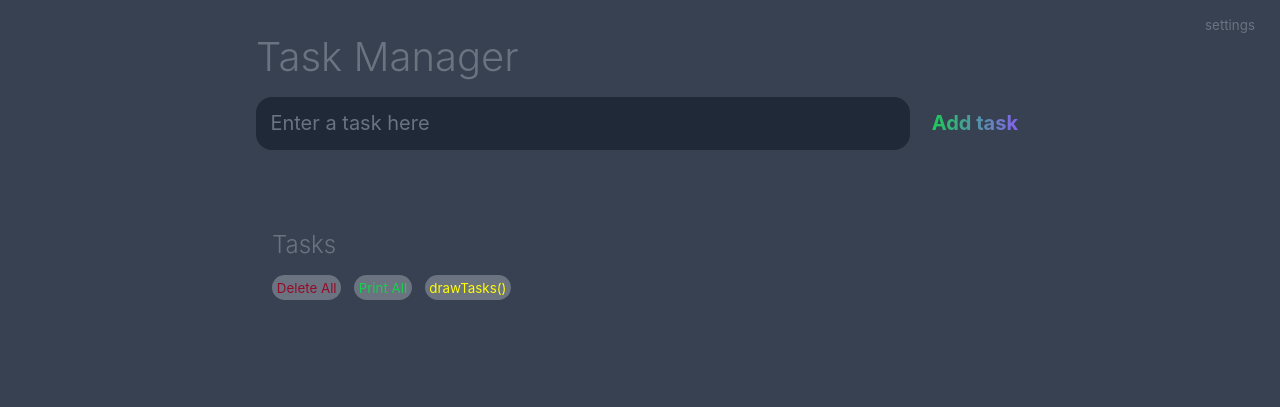
Repository: Herschenglime/todo-list-exercise
Page: index.html
An editor plug-in stored every save of this project. The page is shown before and after the next save, followed by the edit.
The browser window is 1280 px wide. The pictures show the whole page.
Empty fields were first filled with sample values (such as "Sample", 5 or name@example.com).
After loading, the first visible `#new-task-form` was submitted once.
Some web libraries are served in a nearby version.

Above is the page before, as saved 2022-04-20 04:06:42.

After the next save:
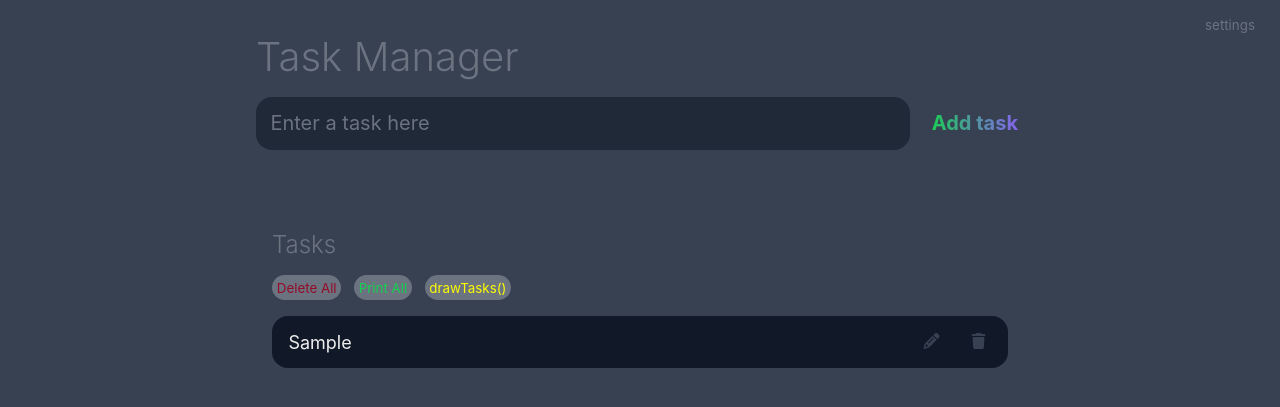
Saved 5 s later.
--- a/app.js
+++ b/app.js
@@ -162,16 +162,16 @@
                 task_input_el.classList.add("text");
                 task_input_el.type = "text";
 
-                // // id code
-                // const task_id_el = document.createElement("input");
-                // task_id_el.classList.add("text");
-
-                // // determines the displayed text
-                // task_input_el.value = task.taskName;
-                // task_id_el.value = task.id;
-                // task_input_el.setAttribute("readonly", "readonly");
-                // task_id_el.setAttribute("readonly", "readonly");
-                // task_id_el.setAttribute("style", "display:none");
+                // id code
+                const task_id_el = document.createElement("input");
+                task_id_el.classList.add("text");
+
+                // determines the displayed text
+                task_input_el.value = task.taskName;
+                task_id_el.value = task.id;
+                task_input_el.setAttribute("readonly", "readonly");
+                task_id_el.setAttribute("readonly", "readonly");
+                task_id_el.setAttribute("style", "display:none");
 
                 // new code (temp comment)
 

After the 3 saves that followed:
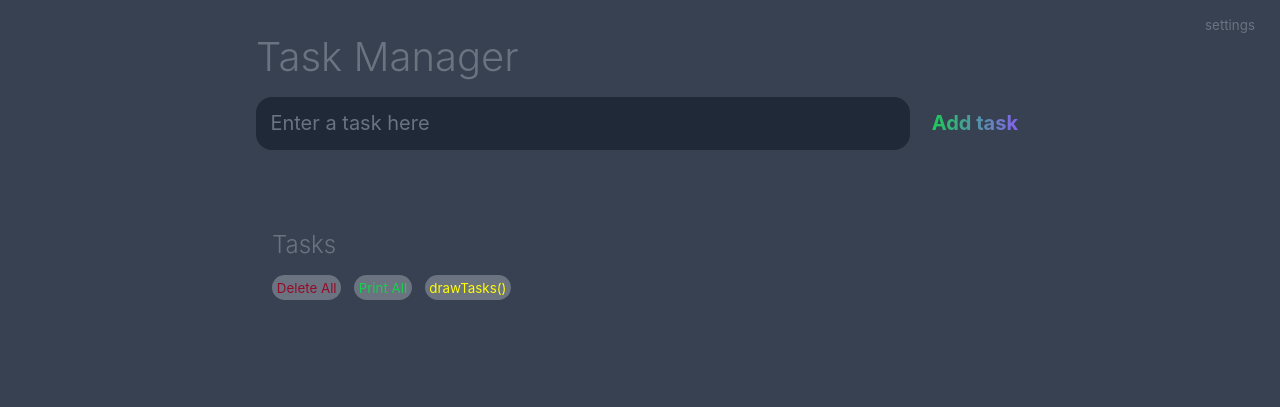
The 3 saves are shown as one change because they came seconds apart.
The last was saved 10 s later.
--- a/app.js
+++ b/app.js
@@ -162,16 +162,16 @@
                 task_input_el.classList.add("text");
                 task_input_el.type = "text";
 
-                // id code
-                const task_id_el = document.createElement("input");
-                task_id_el.classList.add("text");
+                // // id code
+                // const task_id_el = document.createElement("input");
+                // task_id_el.classList.add("text");
 
                 // determines the displayed text
-                task_input_el.value = task.taskName;
+                // task_input_el.value = task.taskName;
                 task_id_el.value = task.id;
                 task_input_el.setAttribute("readonly", "readonly");
-                task_id_el.setAttribute("readonly", "readonly");
-                task_id_el.setAttribute("style", "display:none");
+                // task_id_el.setAttribute("readonly", "readonly");
+                // task_id_el.setAttribute("style", "display:none");
 
                 // new code (temp comment)
 
